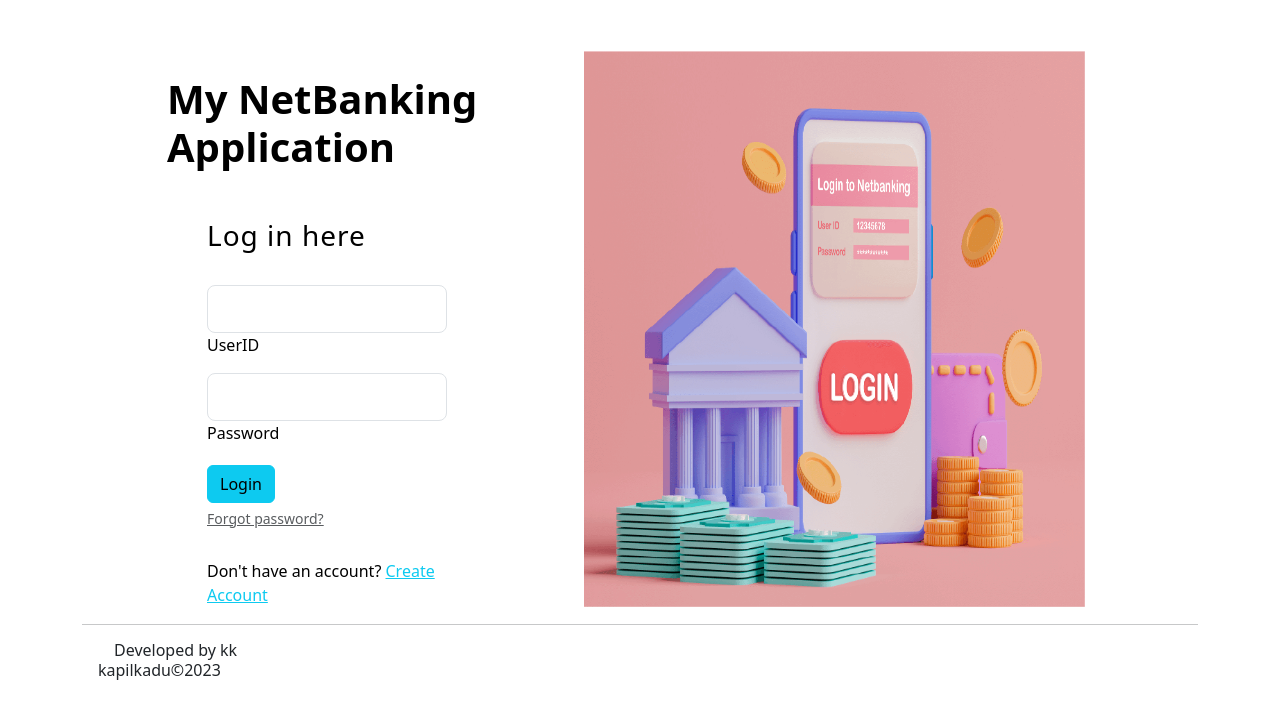
Repository: Kapil-06/My-Java-Projects
Page: http://localhost/MyNetBankingApplication/
An editor plug-in stored every save of this project. The page is shown before and after the next save, followed by the edit.
The browser window is 1280 px wide. The pictures show the whole page.
The page is served by Tomcat 10.

Above is the page before, as saved 2023-05-17 03:58:54.

After the next save:
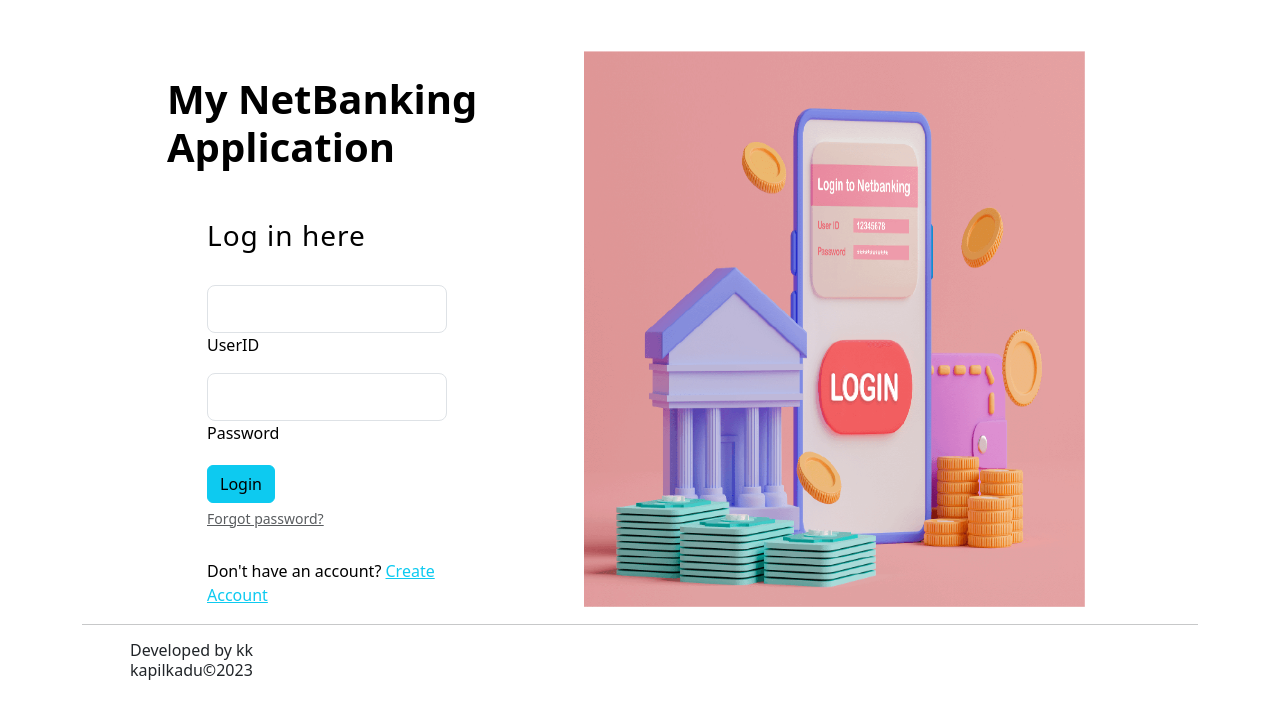
Saved 24 s later.
--- a/MyNetBankingApplication/src/main/webapp/index.jsp
+++ b/MyNetBankingApplication/src/main/webapp/index.jsp
@@ -62,8 +62,8 @@
             </tr>
         </table>
         <hr>
-        <h6 class="display-9">&emsp;&emsp;Developed by kk
-        <br>&emsp;kapilkadu&copy;2023</h6>
+        <h6 class="display-9">&emsp;&emsp;&emsp;Developed by kk
+        <br>&emsp;&emsp;&emsp;kapilkadu&copy;2023</h6>
     </div>
 </body>
 </html>
